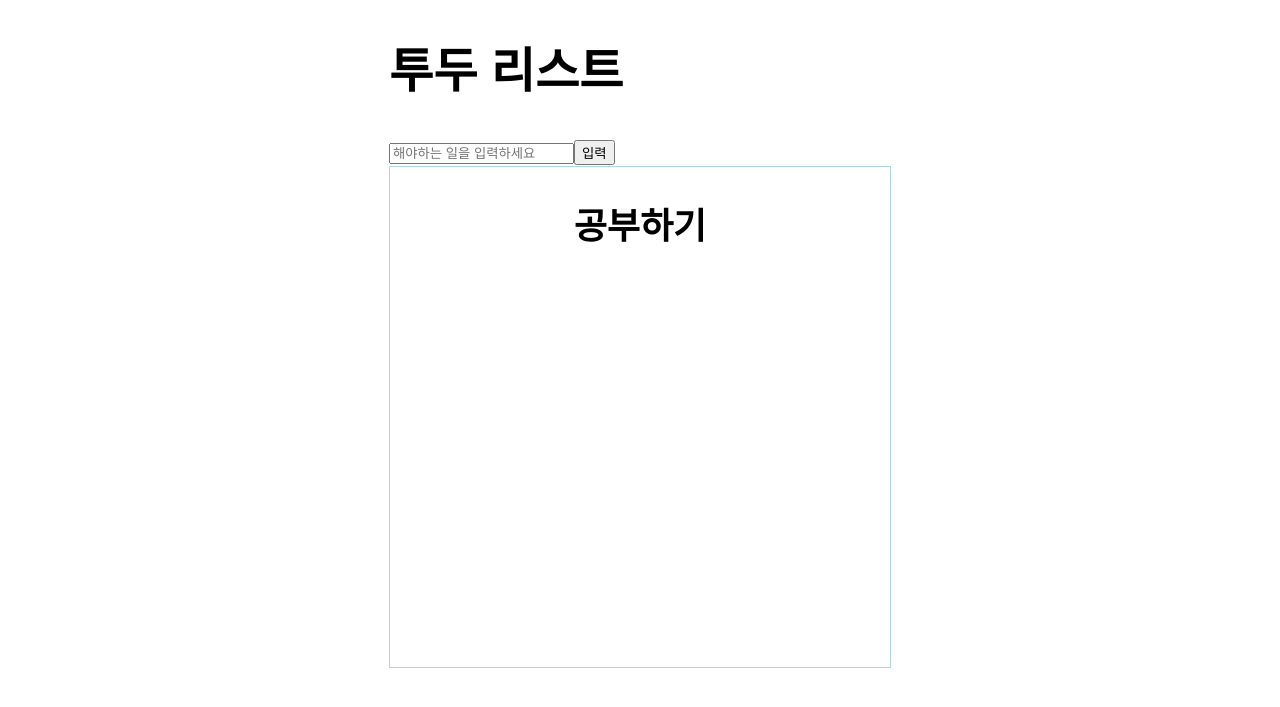
Repository: jun01270/Todo-List_React
Page: /
An editor plug-in stored every save of this project. The page is shown before and after the next save, followed by the edit.
The browser window is 1280 px wide. The pictures show the whole page.
The project was rebuilt for these pictures with package versions that can differ from the ones it lists, and the page was loaded fresh each time.

Above is the page before, as saved 2023-01-02 13:50:08.

After the next save:
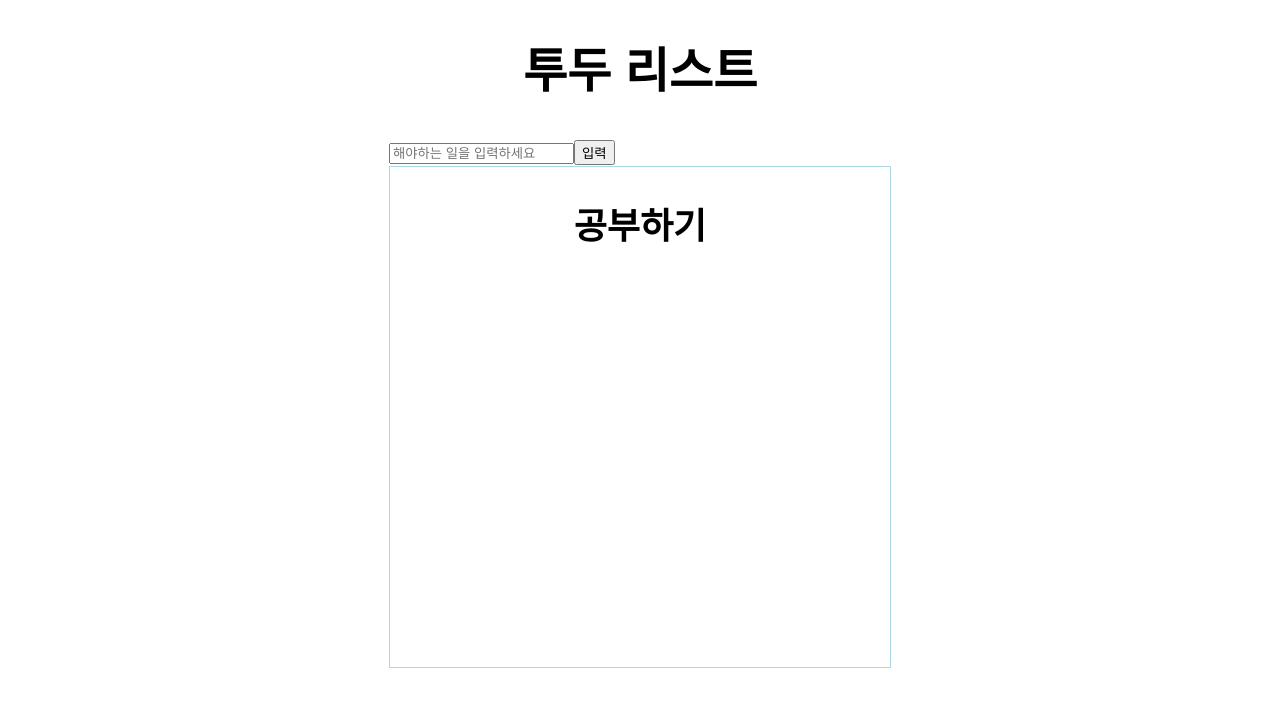
Saved 18 s later.
--- a/src/App.css
+++ b/src/App.css
@@ -9,8 +9,7 @@
 }
 
 .todo-title {
-  /* width: 500px;
-  height: 500px; */
+  text-align: center;
 }
 
 .todo-items {
